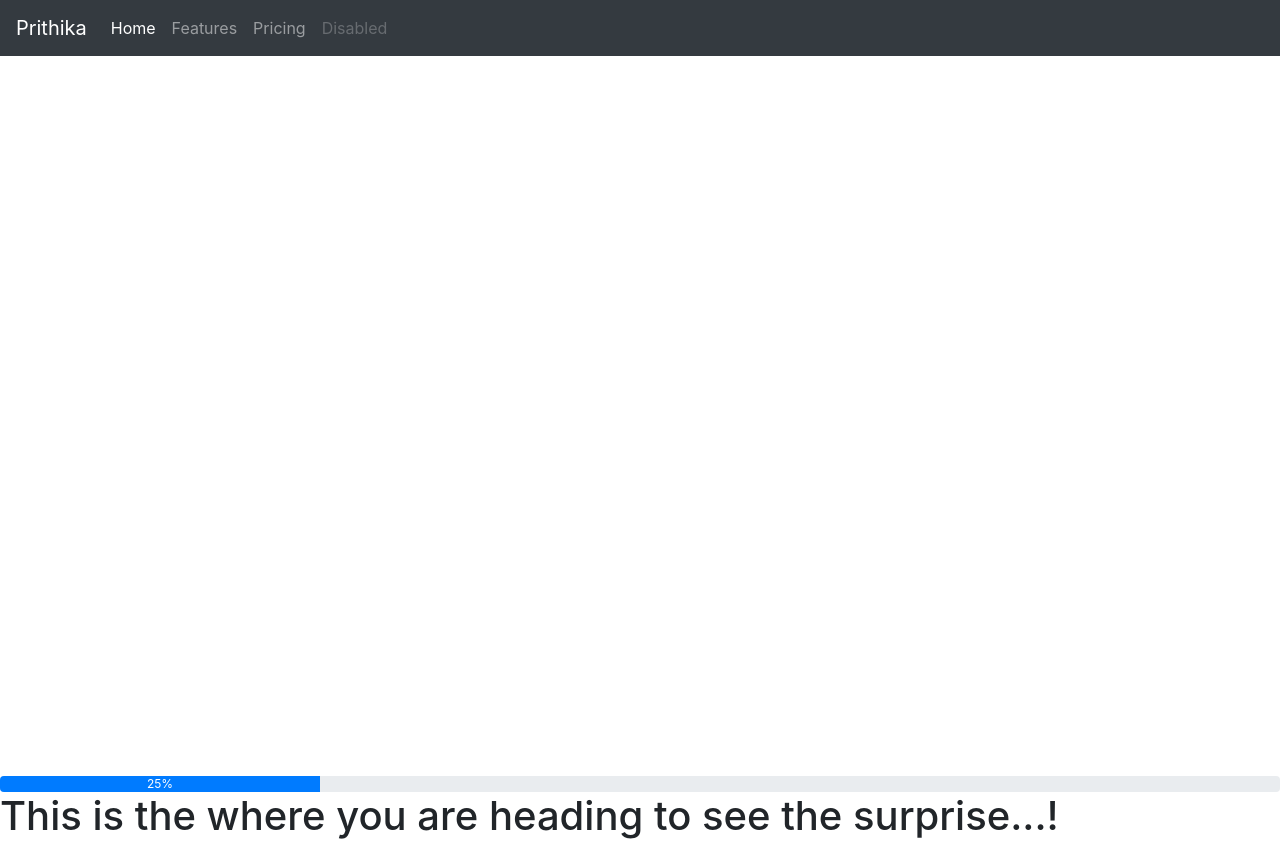
Repository: Imprasna/pritk
Page: index.html
An editor plug-in stored every save of this project. The page is shown before and after a run of saves, followed by the edit.
The browser window is 1280 px wide. The pictures show the whole page.

Above is the page before, as saved 2021-12-15 14:17:51.

After the next 2 saves:
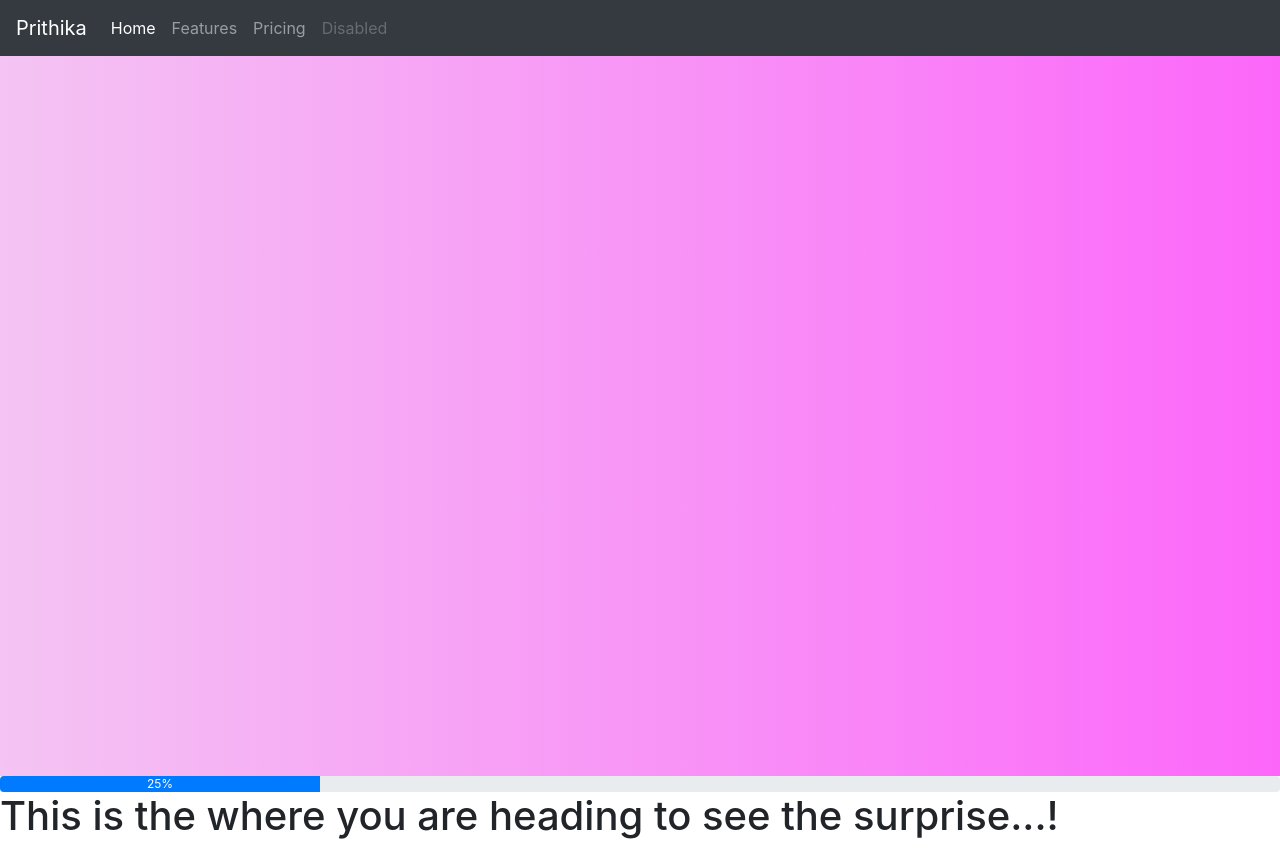
The 2 saves are shown as one change because they came seconds apart.
The last was saved 8 s later.
--- a/style.css
+++ b/style.css
@@ -14,5 +14,5 @@ html, body {
 .hero {
     height: 100vh;
     width: 100%;
-    background: linear-gradient(to );
+    background: linear-gradient(to right, #f4c4f3, #fc67fa);
 }
